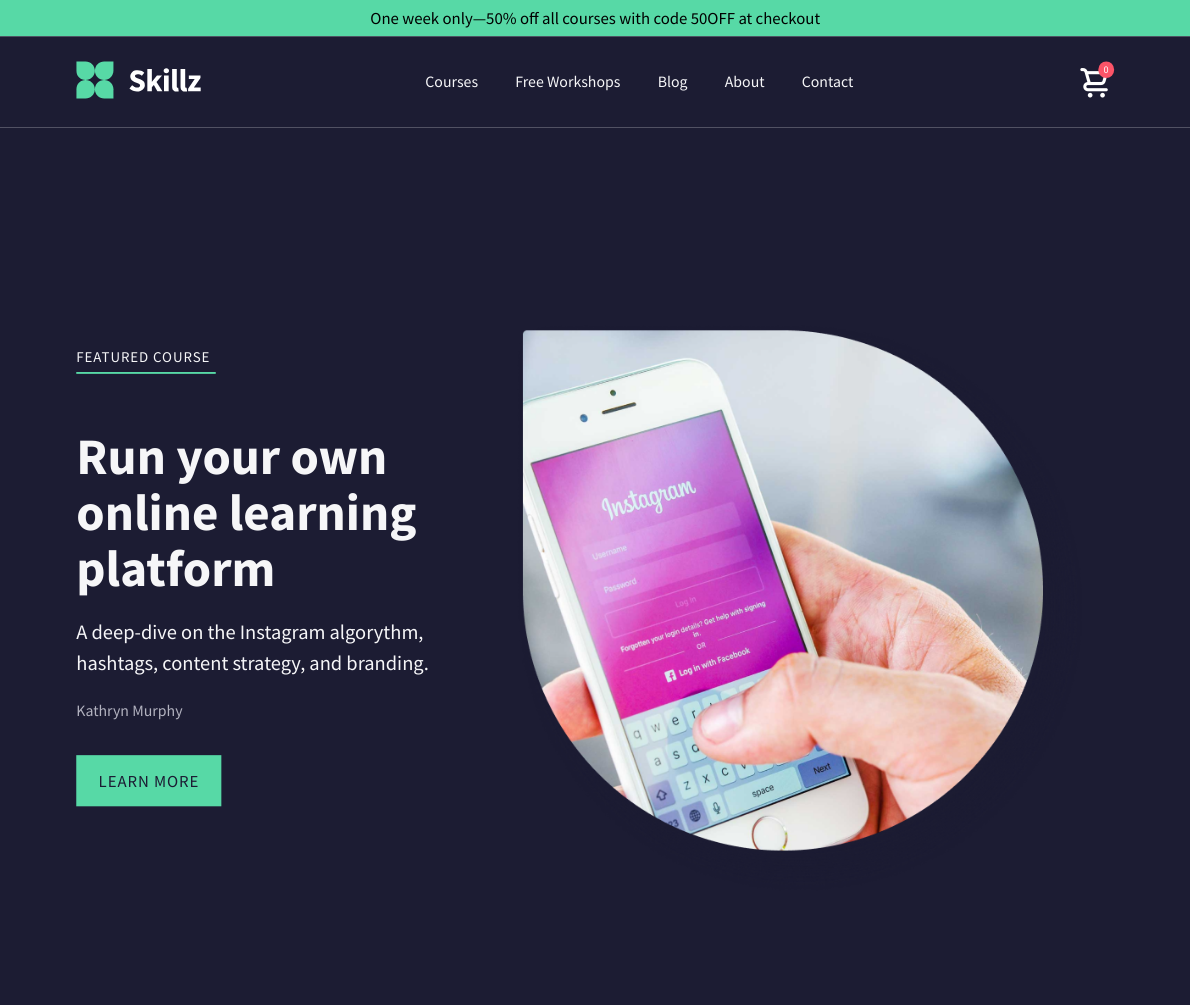
Repository: saidabbasun/skillz
Page: /
The author's editor kept a copy of each file at every save. The page is drawn from the files as they stood at one save, then again after the next save.
The browser window is 1280 px wide. The pictures show the whole page, at 93% of full size.
The project was rebuilt for these pictures with package versions that can differ from the ones it lists, and the page was loaded fresh each time.

Above is the page before, as saved 2022-06-13 04:31:55.

### public/index.html
<!DOCTYPE html>
<html lang="en">
  <head>
    <meta charset="utf-8" />

    <meta name="viewport" content="width=device-width, initial-scale=1" />
    <meta name="theme-color" content="#000000" />
    <link rel="stylesheet" href="https://unicons.iconscout.com/release/v4.0.0/css/line.css">
    <title>React App</title>
  </head>
  <body>

    <div id="root"></div>

  </body>
</html>

### src/index.js
import React from 'react';
import ReactDOM from 'react-dom/client';
import { BrowserRouter } from "react-router-dom";
import App from './App';


const root = ReactDOM.createRoot(document.getElementById('root'));
root.render(
  <BrowserRouter>
    <App />
  </BrowserRouter>
);

### src/App.js
import Header from './Components/Header';
import Home from './Components/Home';
import './styles/Globl/collection.scss';

function App() {
  return (
    <div>
    <Header/>
    <Home/>
    </div>
  );
}

export default App;

### src/Components/Header.jsx
import React from 'react'

import { Link } from 'react-router-dom';
import Logo from '../assets/images/Logo.svg';
const Header = () => {
  return (
    <div>
        <div className="topDiscount">
            <p>One week only—50% off all courses with code 50OFF at checkout</p>
        </div>
        <div className="container">
            <div className="navbar">
                <Link  to={`/`}>
                <img src={Logo} alt="logo" />
                </Link>
                <div className="navbarNav">
                    <div className="navItem">
                        <Link  to={`/`} className='navLink'>Courses</Link>
                    </div>
                    <div className="navItem">
                        <Link  to={`/`} className='navLink'>Free Workshops</Link>
                    </div>
                    <div className="navItem">
                        <Link  to={`/`} className='navLink'>Blog</Link>
                    </div>
                    <div className="navItem">
                        <Link  to={`/`} className='navLink'>About</Link>
                    </div>
                    <div className="navItem">
                        <Link  to={`/`} className='navLink'>Contact</Link>
                    </div>
                </div>
                <div className="cartWrapper">
                <Link  to={`/`}>
                <i class="uil uil-shopping-cart cart"></i>
                </Link>
                     <div className="count">
                        <p>0</p>
                     </div>
                </div>
            </div>
        </div>
    </div>
  )
}

export default Header

### src/Components/Home.jsx
import React from 'react'
import { Link } from 'react-router-dom'

const Home = () => {
  return (
    <div className='container'>
        <div className="row">
            <div className="col5">
                <div className="Course">
                    <p>Featured Course</p>
                </div>
                <p className='cartTitle'>Run your own online learning platform</p>
                <p className="cartText">A deep-dive on the Instagram algorythm, hashtags, content strategy, and branding.</p>
                <p className="cartAfter">Kathryn Murphy</p>
                <Link to={`/`} className="cartBtn">
                Learn More
                </Link>
            </div>
            <div className="col7">
                <div className="bgRectangle">

                <div className="waveLine"></div>
                    <div className="Rectangle1"></div>
                    <div className="Rectangle2"></div>
                    <div className="Rectangle3"></div>


                </div>
            </div>
        </div>

    </div>
  )
}

export default Home

### src/styles/Globl/collection.scss
@import './globl';
@import './variables.scss';
@import './mixin';
@import '../Globl/font-face.scss';
@import '../Header.scss';
@import '../Home.scss';

### src/styles/Globl/_globl.scss
*{
    box-sizing: border-box;
    padding: 0;
    margin: 0;
    font-family:SourceSansProRegular ;
}
.container{
    margin: 0 auto;


}

### src/styles/Globl/variables.scss
$color_btn:#57D9A6;
$color_bg_title:#1C1C33;
$text_footer: #F6F6F8;
$color_text:#4E4E65;
$color_white:#FFFFFF;
$color_cartBg:#FC5468;

### src/styles/Globl/_mixin.scss
@mixin flexbox {
    display: flex;
    align-items: center;
}

### src/styles/Globl/font-face.scss


@font-face {
    font-family: SourceSansProRegular;

    src:  url('../../assets/fontFamily/SourceSansPro-Regular.ttf');
  }
  @font-face {
    font-family: SourceSansProBold;

    src:  url('../../assets/fontFamily/SourceSansPro-Bold.ttf');
  }
  @font-face {
    font-family: SourceSansProItalic;

    src:  url('../../assets/fontFamily/SourceSansPro-Italic.ttf');
  }

### src/styles/Header.scss
@import './Globl/variables.scss';
@import './Globl/mixin';
.topDiscount{
    background-color:$color_btn;
    font-weight: 400;
font-size: 18px;
text-align: center;

padding: 8px 0;

}
.navbar{
    @include flexbox;
    background-color:$color_bg_title;
    justify-content:space-between;
    padding: 24px 82px;
}
.navbarNav{
    @include flexbox;
 column-gap: 40px;
}

.navLink{

    font-weight: 400;
font-size: 17px;
    text-decoration: none;
    color: $text_footer;
}
.cartWrapper{
    position: relative;
}
.cart{
    color:$color_white;
    font-size: 40px;


}
.count{
    padding:0  6px;
    background-color: $color_cartBg;
    color: $color_white;
    position: absolute;
    border-radius: 50%;
    font-size: 11px;
    line-height: 18px;
    position: absolute;
    top: 3px;
    right: 0;

}

### src/styles/Home.scss
@import './Globl/variables.scss';
@import './Globl/mixin';
.row{

    padding: 120px 0 120px 82px;
 @include flexbox;
 background-color: $color_bg_title;
}
.col5{
    width: 35%;

    color: $text_footer;
}
.Course{
   width: 150px;
   padding: 7px 0;
    font-weight: 400;
font-size: 16px;
letter-spacing: 1px;
text-transform: uppercase;

border-bottom: 2px solid $color_btn;
}
.cartTitle{
    font-family: SourceSansProBold;
    padding: 59px 0 22px;
    font-weight: 700;
font-size: 55px;
line-height: 60px;
}
.cartText{
    line-height: 33px;
font-weight: 400;
font-size: 22px;
}
.cartAfter{
    padding: 22px 0 48px;
    font-weight: 400;
font-size: 17px;
line-height: 27px;
color: #B2B2BF;
}
.cartBtn{
    font-weight: 400;
font-size: 18px;
line-height: 27px;
padding: 16px 24px;
letter-spacing: 1px;
text-transform: uppercase;
background-color: $color_btn;
color: $color_bg_title;
text-decoration: none   ;
}

.col7{
    width: 60%;
    padding-top:90px ;
}

.bgRectangle{
    position: relative;
    margin: 0 auto;
    width: 614px;
    height: 614px;
    border-radius: 50%;
    border-top-left-radius: 0;

    background-image: url(../assets/images/homeImg.png);
    background-repeat: no-repeat;
    background-position:center;
    background-size:100%;

}

After the next save:
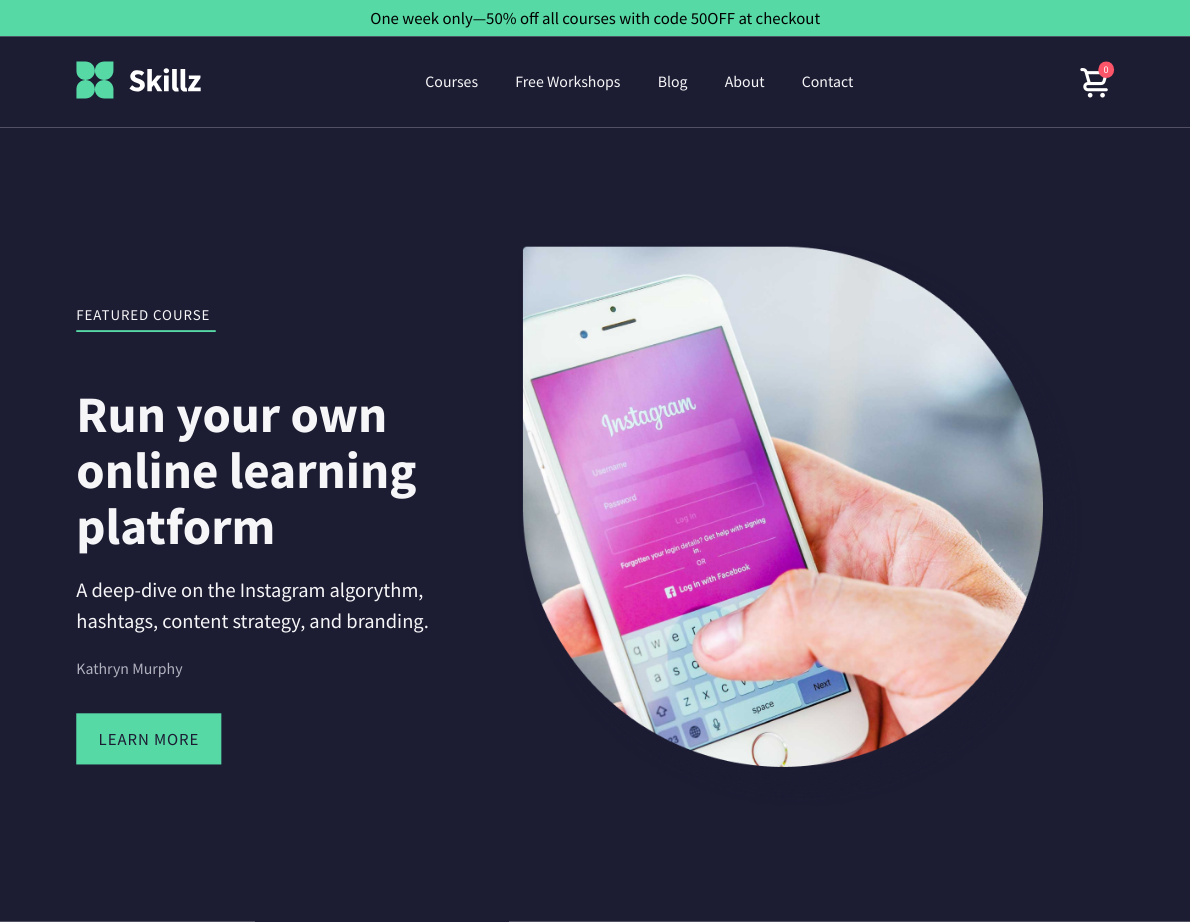
Saved 26 s later.
--- a/src/styles/Home.scss
+++ b/src/styles/Home.scss
@@ -54,7 +54,7 @@
 
 .col7{
     width: 60%;
-    padding-top:90px ;
+
 }
 
 .bgRectangle{
